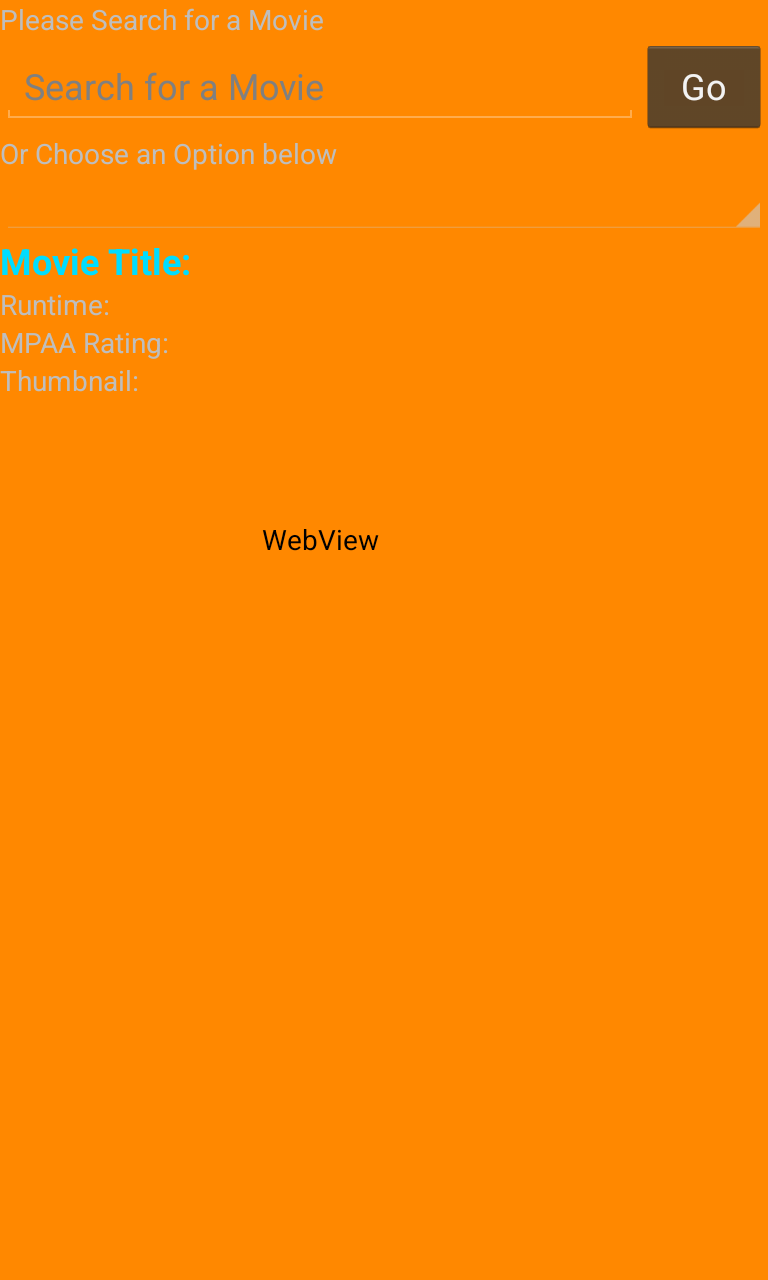
Repository: mikesmithjr/Java1
Layout: Week 4/MovieListing/res/layout/form.xml
The author's editor kept a copy of each file at every save. The layout is drawn from the files as they stood at one save, then again after the next save.
Pictures or frames that could not be fetched are drawn as grey boxes. It is drawn on a 768 x 1280 px phone screen (xhdpi) without system bars, with theme AppTheme; the app's code is not run.

Above is the layout before, as saved 2013-08-01 06:46:38.

After the next save:
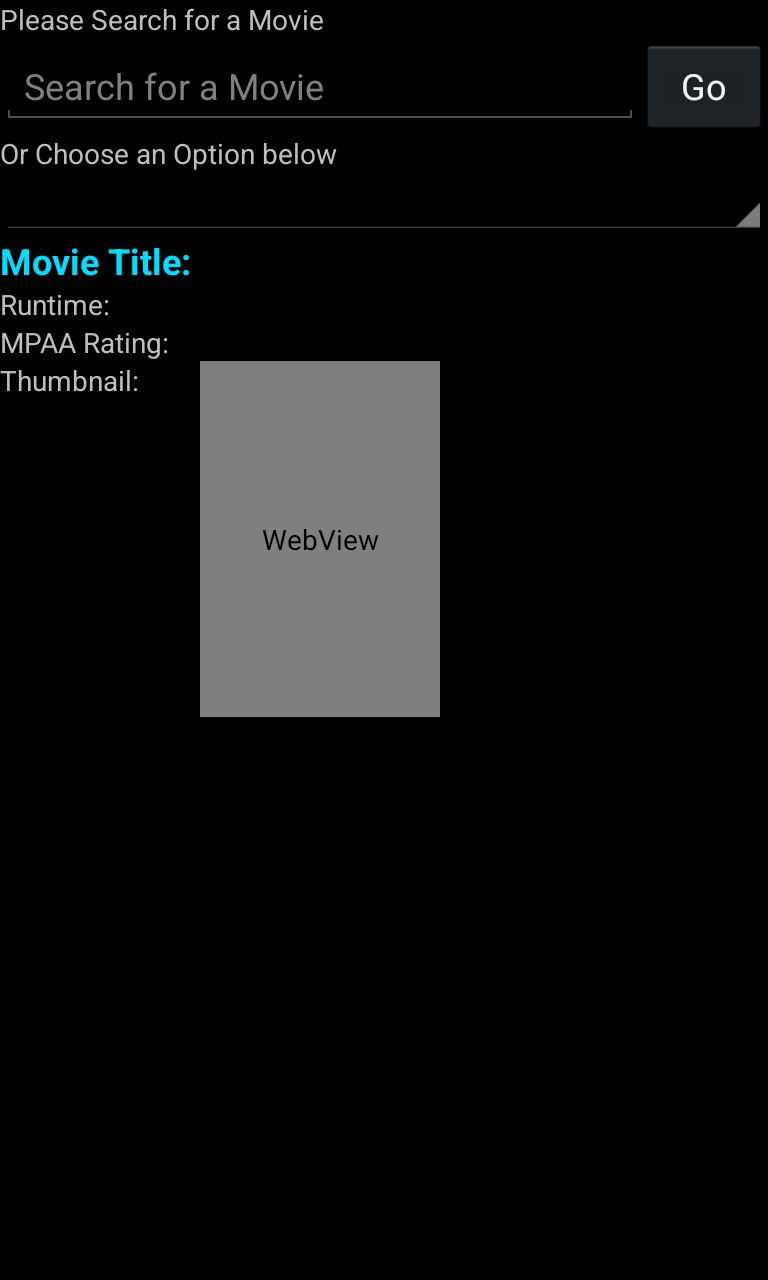
Saved 72 s later.
--- a/Week 4/MovieListing/res/values/styles.xml
+++ b/Week 4/MovieListing/res/values/styles.xml
@@ -1,8 +1,6 @@
 <resources xmlns:android="http://schemas.android.com/apk/res/android">
 
-       <style name="AppTheme" parent="android:Theme.Holo">
-           <item name="android:background">@android:color/holo_orange_dark</item>
-       </style>
+       <style name="AppTheme" parent="android:Theme.Holo"></style>
         <style name= "MovieLabel">
             <item name= "android:textStyle">bold</item>
             <item name= "android:textColor">@android:color/holo_blue_bright</item>
